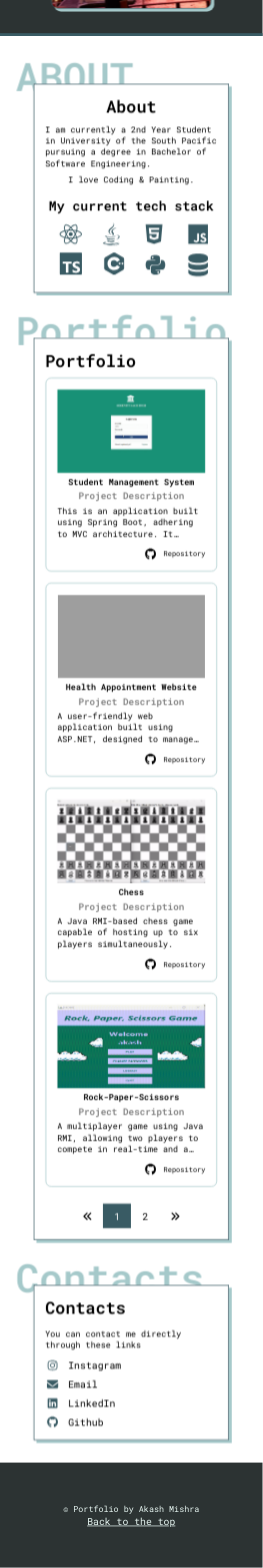
Repository: akashrawr/portfolio
Page: /
These files come from the project's save history. The page is drawn as it stood at one moment and after the next save; the edit follows.
The browser window is 375 px wide. The pictures show the part of the page from y = 518 to 2758 px (the page is 2758 px tall before and 2739 px after), at 70% of full size.
Pictures or frames that could not be fetched are drawn as grey boxes. The project was rebuilt for these pictures with package versions that can differ from the ones it lists, and the page was loaded fresh each time.

Above is the page before, as saved 2024-12-12 13:35:28.

After the next save:
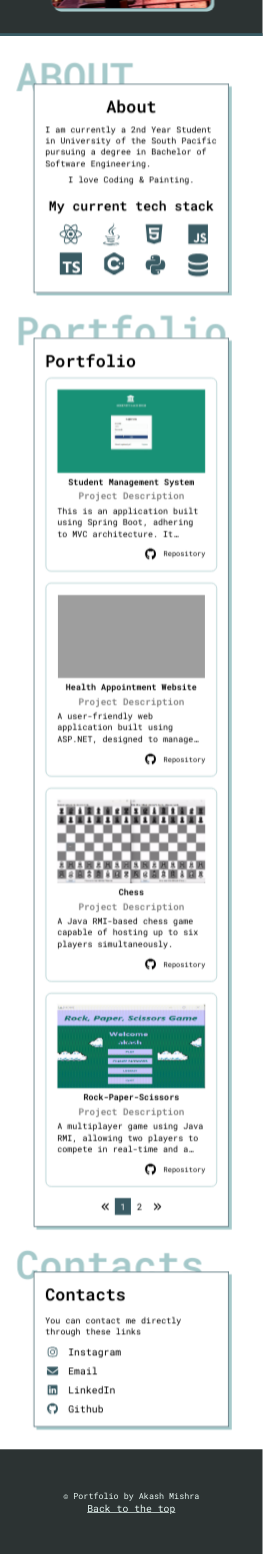
Saved 60 s later.
--- a/src/App.css
+++ b/src/App.css
@@ -853,3 +853,26 @@ input:not(:checked) + .slider .icon {
   color: grey;
   pointer-events: none;
 }
+
+/* Responsive Adjustments */
+@media (max-width: 768px) {
+  .pagination a {
+    padding: 6px 12px; /* Smaller padding for smaller screens */
+    font-size: 0.9rem; /* Slightly smaller font size */
+  }
+
+  .pagination {
+    margin-top: 0.75rem; /* Adjust margin top for smaller screens */
+  }
+}
+
+@media (max-width: 480px) {
+  .pagination a {
+    padding: 4px 8px; /* Even smaller padding for very small screens */
+    font-size: 0.8rem; /* Smaller font size for very small screens */
+  }
+
+  .pagination {
+    margin-top: 0.5rem; /* Adjust margin top for very small screens */
+  }
+}
